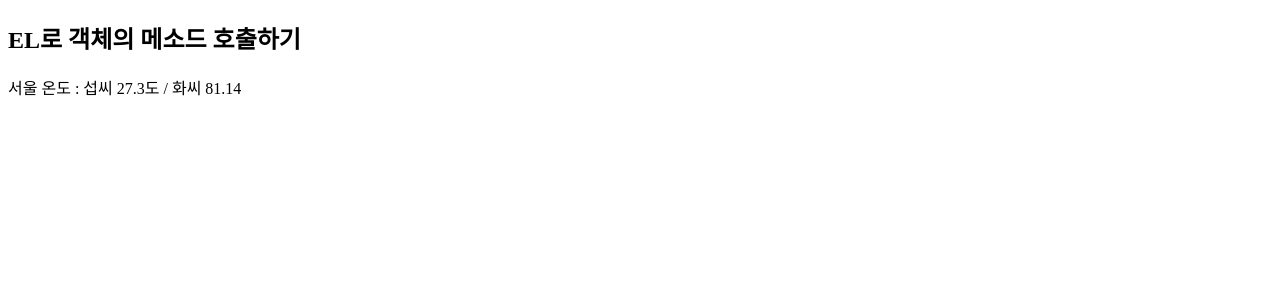
Repository: zhyuk/FullStackStudy
Page: http://localhost/jsptwo/13_05_el02.jsp
These files come from the project's save history. The page is drawn as it stood at one moment and after the next save; the edit follows.
The browser window is 1280 px wide. The pictures show the whole page.
The page is served by Tomcat 9.

Above is the page before, as saved 2024-09-02 01:50:28.

After the next save:
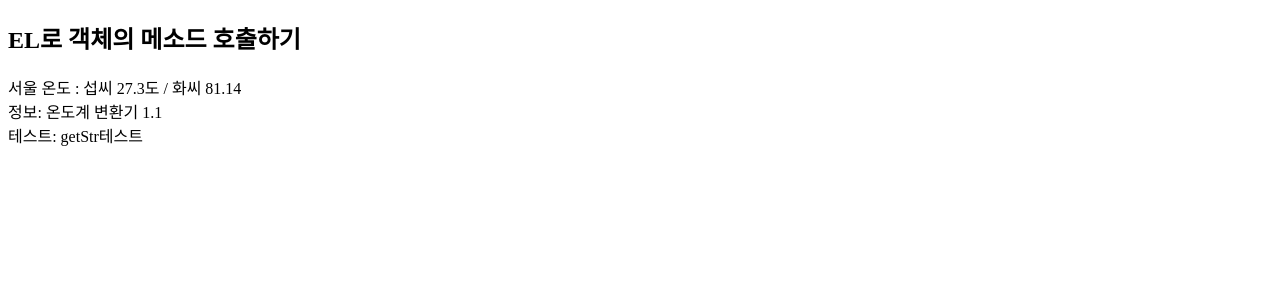
Saved 25 s later.
--- a/jsp/jspwork/jsptwo/src/main/webapp/13_05_el02.jsp
+++ b/jsp/jspwork/jsptwo/src/main/webapp/13_05_el02.jsp
@@ -15,5 +15,9 @@
 	<h2>EL로 객체의 메소드 호출하기</h2>
 	${t.setCelsius('서울', 27.3)}
 	서울 온도 : 섭씨 ${t.getCelsius('서울')}도 / 화씨 ${t.getFahrenheit('서울')}
+
+	<br>
+	정보: ${t.info}<br>
+	테스트: ${t.str}
 </body>
 </html>
